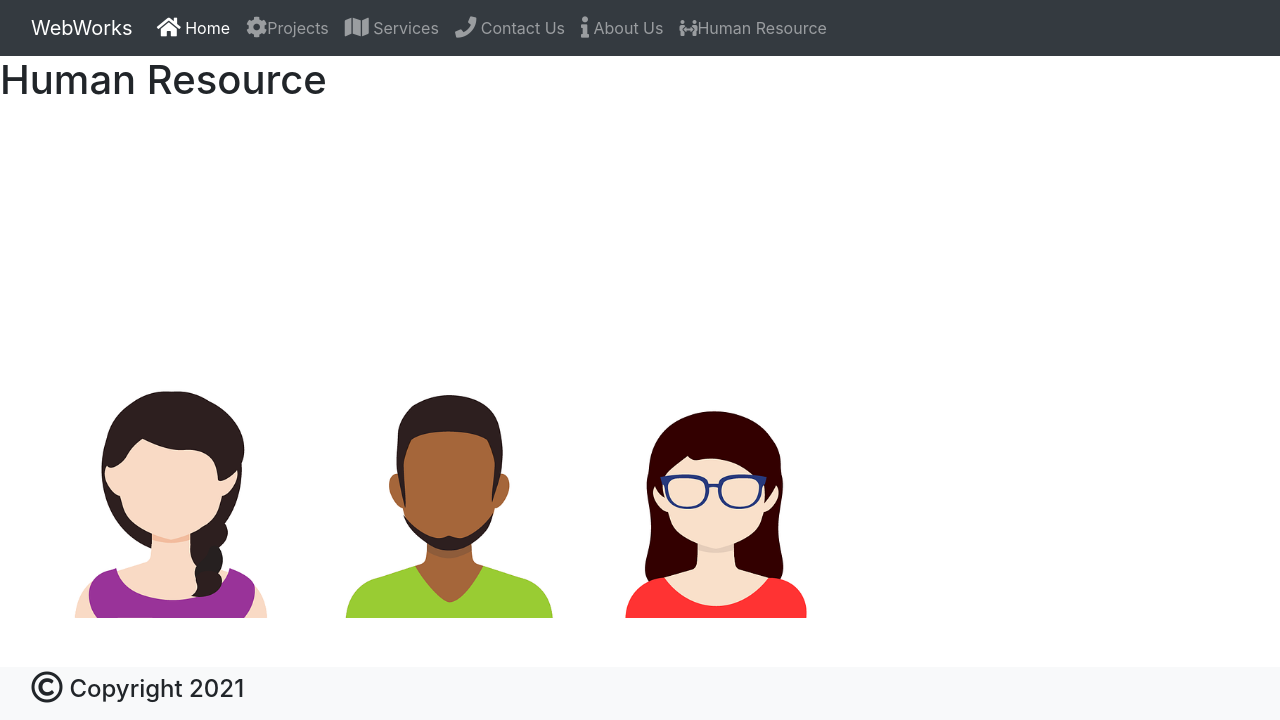
Repository: JonathonWager/Webd6202Lab1
Page: human_resource.html
An editor plug-in stored every save of this project. The page is shown before and after the next save, followed by the edit.
The browser window is 1280 px wide. The pictures show the whole page.

Above is the page before, as saved 2021-02-05 20:27:30.
Not found: Content/app.css

After the next save:
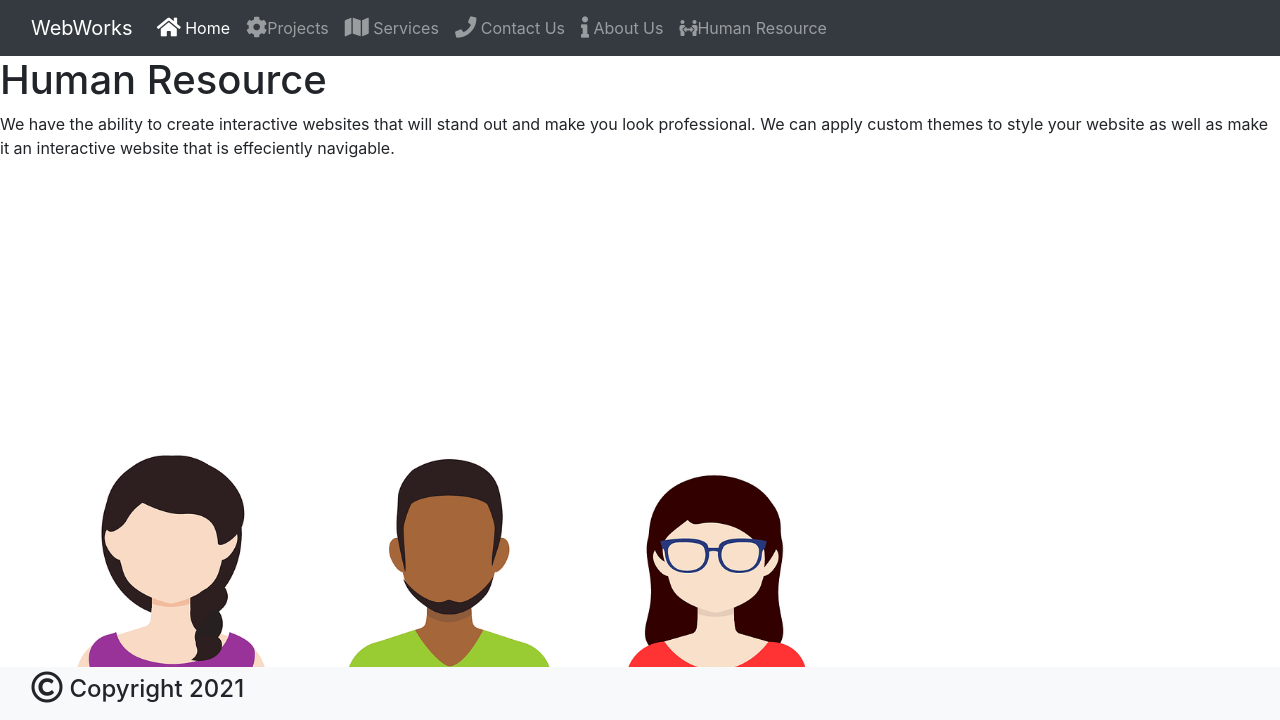
Saved 68 s later.
--- a/human_resource.html
+++ b/human_resource.html
@@ -3,7 +3,7 @@
 <head>
     <meta charset="UTF-8">
     <meta name="viewport" content="width=device-width, initial-scale=1.0">
-    <title>Human Resource</title>
+    <title>HumanResource</title>
     <!-- CSS Section -->
     <link rel="stylesheet" href="./node_modules/bootstrap/dist/css/bootstrap.min.css">
     <link rel="stylesheet" href="./node_modules/@fortawesome/fontawesome-free/css/all.min.css">
